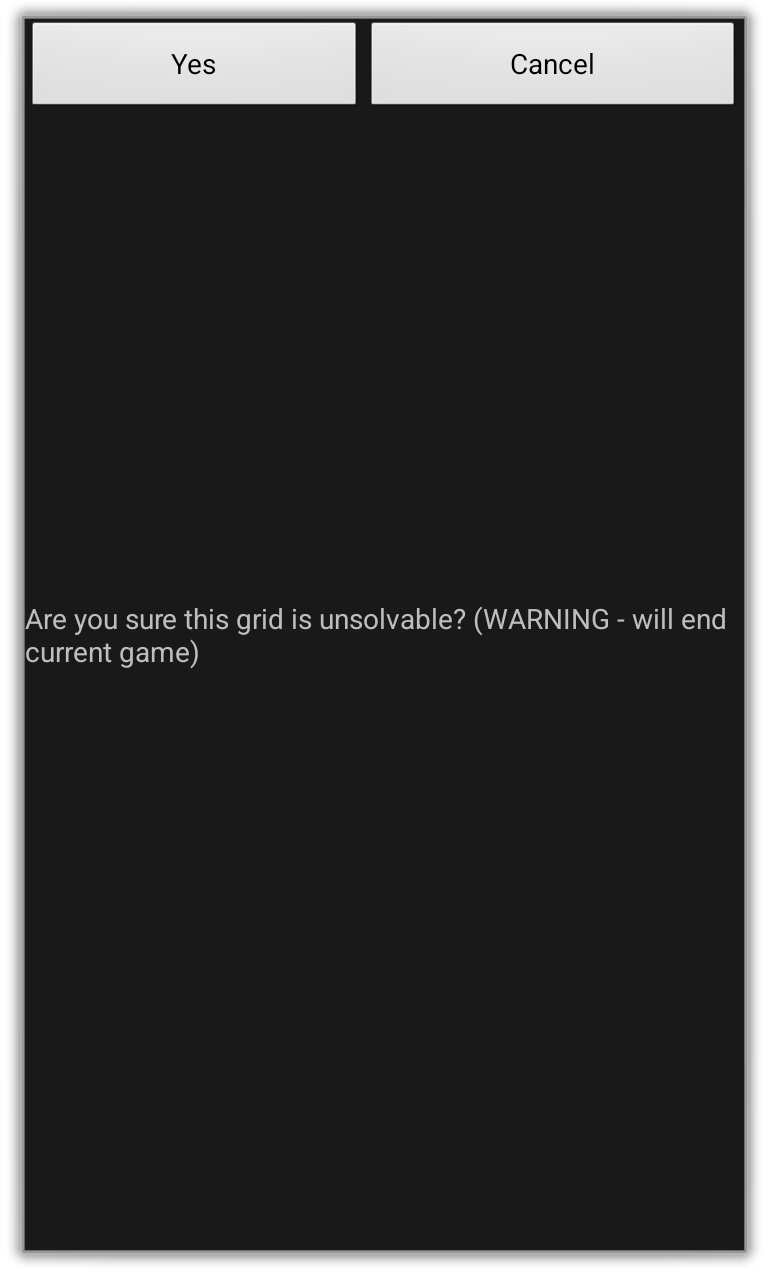
Repository: rickydalziel/project
Layout: Numbersorter/res/layout/activity_unsolve_dialog.xml
An editor plug-in stored every save of this project. The layout is shown before and after the next save, followed by the edit.
It is drawn on a 768 x 1280 px phone screen (xhdpi) without system bars, with theme android:Theme.Dialog; the app's code is not run.

Above is the layout before, as saved 2013-03-07 13:17:58.

### Numbersorter/res/layout/activity_unsolve_dialog.xml
<RelativeLayout xmlns:android="http://schemas.android.com/apk/res/android"
    xmlns:tools="http://schemas.android.com/tools"
    android:layout_width="match_parent"
    android:layout_height="match_parent"
    tools:context=".UnsolveDialog" >

    <TextView
        android:layout_width="wrap_content"
        android:layout_height="wrap_content"
        android:layout_centerHorizontal="true"
        android:layout_centerVertical="true"
        android:text="@string/unsolveable" />


    <TableLayout
       	android:layout_height="wrap_content"
        android:layout_width="wrap_content"
        android:layout_gravity="center"
        android:stretchColumns="*">

      	<TableRow>

        <Button
            android:id="@+id/unsolve_yes_button"
            android:layout_width="fill_parent"
            android:layout_height="fill_parent"
            android:text="@string/yes"
            android:onClick="yesPressed"/>

         <Button
            android:id="@+id/unsolve_cancel_button"
            android:layout_width="fill_parent"
            android:layout_height="fill_parent"
            android:text="@string/cancel"
            android:onClick="cancelPressed"  />

	    </TableRow>


    </TableLayout>

</RelativeLayout>

### Numbersorter/res/values/strings.xml
<?xml version="1.0" encoding="utf-8"?>
<resources>

    <!-- Main menu strings -->

    <string name="app_name">Numbersorter</string>
    <string name="main_menu">Main Menu</string>
    <string name="menu_settings">Settings</string>
    <string name="title_activity_main">Number Sorter</string>
    <string name="new_game">New Game</string>
    <string name="continue_game">Continue</string>
    <string name="about">About</string>
    <string name="exit_game">Exit</string>

    <!-- About scree strings -->

    <string name="about_app">About Numbersorter</string>
    <string name="about_text">	    Numbersorter is a program written and desgned by Ricky Dalziel, for his 4th year honours project.
	    The aim of the game is to swipe a mxn grid of numbers into position so that they read from 1 - (m*n).
	</string>
    <string name="hello_world">Hello world!</string>
    <string name="title_activity_about">AboutActivity</string>

    <!-- New game dialog strings -->

    <string name="newgametext">Please select a board width and height</string>
    <string name="height">Height</string>
    <string name="width">Width</string>
    <string name="cancel">Cancel</string>

    <!-- Array options for the dialog box -->

    <string-array name="size_array">
        <item>3</item>
        <item>4</item>
        <item>5</item>
        <item>6</item>
    </string-array>

    <string name="title_activity_game">Game</string>
    <string name="title_activity_unsolve_dialog">Unsolveable?</string>
    <string name="unsolveable">Are you sure this grid is unsolvable? (WARNING -  will end current game)</string>
    <string name="yes">Yes</string>
    <string name="no">No</string>

</resources>

After the next save:
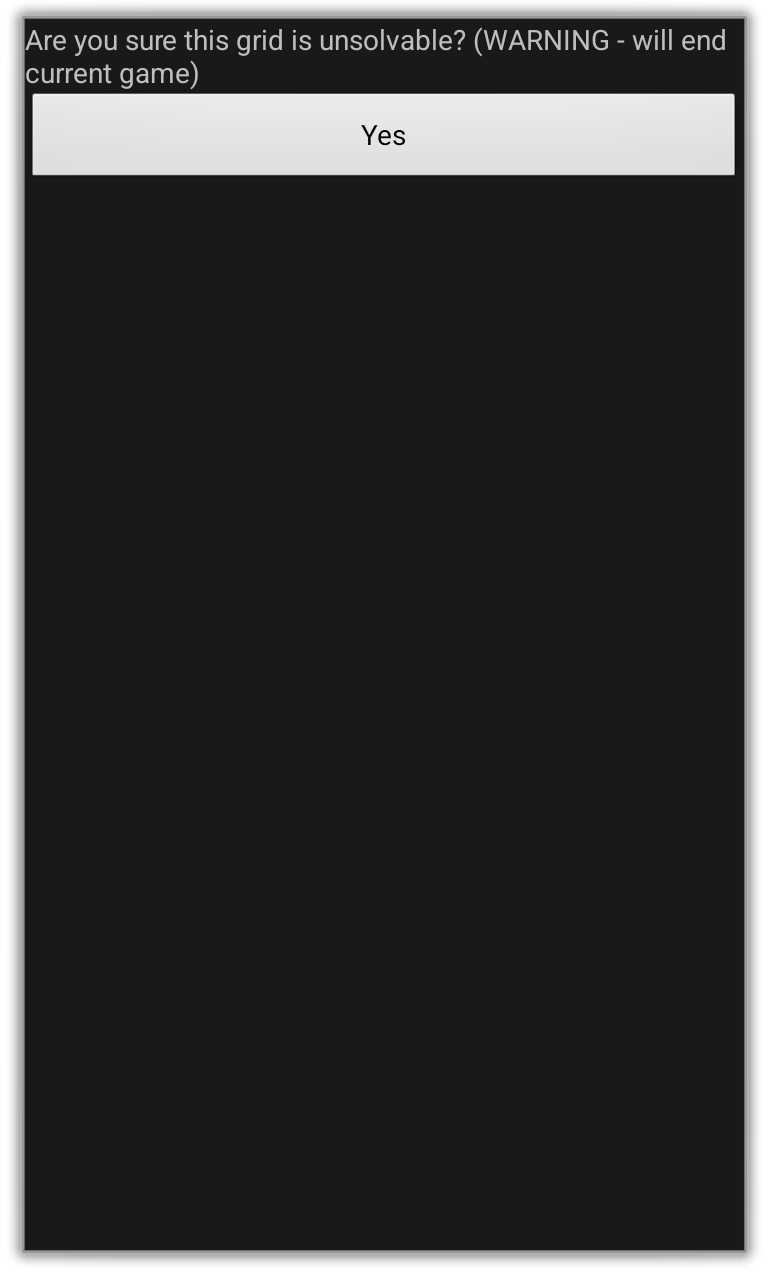
Saved 42 s later.
--- a/Numbersorter/res/layout/activity_unsolve_dialog.xml
+++ b/Numbersorter/res/layout/activity_unsolve_dialog.xml
@@ -4,12 +4,6 @@
     android:layout_height="match_parent"
     tools:context=".UnsolveDialog" >
 
-    <TextView
-        android:layout_width="wrap_content"
-        android:layout_height="wrap_content"
-        android:layout_centerHorizontal="true"
-        android:layout_centerVertical="true"
-        android:text="@string/unsolveable" />
 
 
     <TableLayout
@@ -18,21 +12,32 @@
         android:layout_gravity="center"
         android:stretchColumns="*">
 
+        <TableRow>
+
+		    <TextView
+		        android:layout_width="wrap_content"
+		        android:layout_height="wrap_content"
+		        android:layout_centerHorizontal="true"
+		        android:layout_centerVertical="true"
+		        android:text="@string/unsolveable" />
+
+        </TableRow>
+
       	<TableRow>
 
-        <Button
-            android:id="@+id/unsolve_yes_button"
-            android:layout_width="fill_parent"
-            android:layout_height="fill_parent"
-            android:text="@string/yes"
-            android:onClick="yesPressed"/>
+	        <Button
+	            android:id="@+id/unsolve_yes_button"
+	            android:layout_width="fill_parent"
+	            android:layout_height="fill_parent"
+	            android:text="@string/yes"
+	            android:onClick="yesPressed"/>
 
-         <Button
-            android:id="@+id/unsolve_cancel_button"
-            android:layout_width="fill_parent"
-            android:layout_height="fill_parent"
-            android:text="@string/cancel"
-            android:onClick="cancelPressed"  />
+	         <Button
+	            android:id="@+id/unsolve_cancel_button"
+	            android:layout_width="fill_parent"
+	            android:layout_height="fill_parent"
+	            android:text="@string/cancel"
+	            android:onClick="cancelPressed"  />
 
 	    </TableRow>
 
